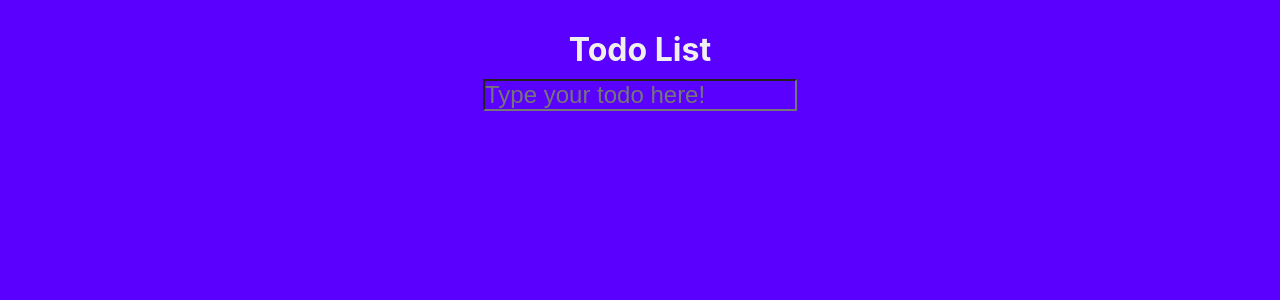
Repository: badhon252/todo-app
Page: /
An editor plug-in stored every save of this project. The page is shown before and after the next save, followed by the edit.
The browser window is 1280 px wide. The pictures show the whole page.
Some web libraries are served in a nearby version. The project was rebuilt for these pictures with package versions that can differ from the ones it lists, and the page was loaded fresh each time.

Above is the page before, as saved 2022-01-26 12:11:38.

After the next save:
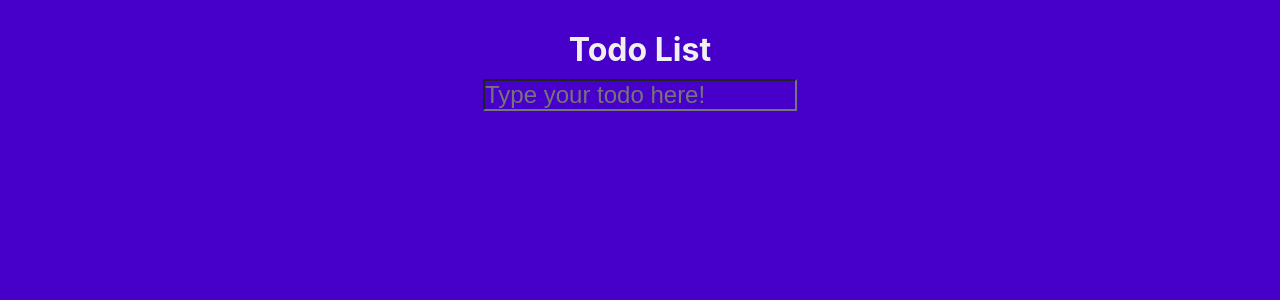
Saved 6 s later.
--- a/src/Styles/style.css
+++ b/src/Styles/style.css
@@ -1,7 +1,7 @@
 * {
   margin: 0;
   padding: 0;
-  background-color: #5900ff;
+  background-color: #4700ca;
 }
 
 .main-div {
